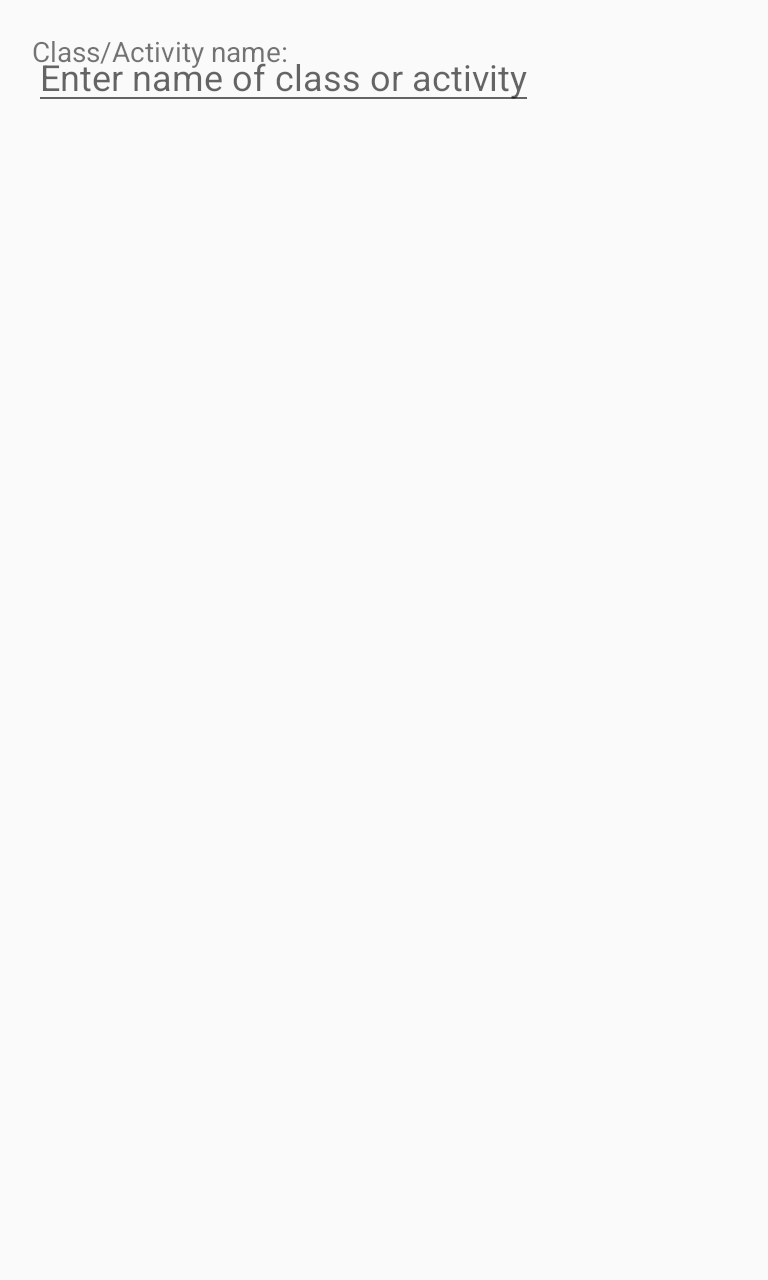
Repository: recursor94/hackathonspring2014
Layout: StudentPlanner/res/layout/fragment_new_endeavor.xml
The author's editor kept a copy of each file at every save. The layout is drawn from the files as they stood at one save, then again after the next save.
It is drawn on a 768 x 1280 px phone screen (xhdpi) without system bars, with theme AppTheme; the app's code is not run.

Above is the layout before, as saved 2014-04-05 05:52:45.

### StudentPlanner/res/layout/fragment_new_endeavor.xml
<RelativeLayout xmlns:android="http://schemas.android.com/apk/res/android"
    xmlns:tools="http://schemas.android.com/tools"
    android:layout_width="match_parent"
    android:layout_height="match_parent"
    android:paddingBottom="@dimen/activity_vertical_margin"
    android:paddingLeft="@dimen/activity_horizontal_margin"
    android:paddingRight="@dimen/activity_horizontal_margin"
    android:paddingTop="@dimen/activity_vertical_margin"
    tools:context="com.example.studentplanner.NewEndeavorActivity$PlaceholderFragment"
    android:orientation="vertical"
    >

    <TextView
        android:id="@+id/nameField"
        android:layout_width="wrap_content"
        android:layout_height="wrap_content"
        android:text="@string/nameField"
        android:layout_alignParentLeft="true"
        android:layout_alignParentTop="true" />
    <EditText
        android:id="@+id/nameEntry"
        android:hint="@string/nameEntry"
        android:layout_width="wrap_content"
        android:layout_height="wrap_content"
        android:layout_toRightOf="@id/nameField"
        android:layout_alignParentLeft="true"
        android:alignParentTop="true"/>
</RelativeLayout>

### StudentPlanner/res/values/strings.xml
<?xml version="1.0" encoding="utf-8"?>
<resources>

    <string name="app_name">Get It Done</string>
    <string name="action_settings">Settings</string>
    <string name="action_new">New Activity</string>
    <string name="action_search">Search</string>
    <string name="title_activity_new_endeavor">NewEndeavorActivity</string>
    <string name="nameField">Class/Activity name:</string>
    <string name="nameEntry">Enter name of class or activity</string>
</resources>

Loaded but not shown: StudentPlanner/res/values/styles.xml (common file); StudentPlanner/res/values-v11/styles.xml (common file); StudentPlanner/res/values-v14/styles.xml (common file); StudentPlanner/res/values/dimens.xml (common file); StudentPlanner/res/values-w820dp/dimens.xml (common file)

After the next save:
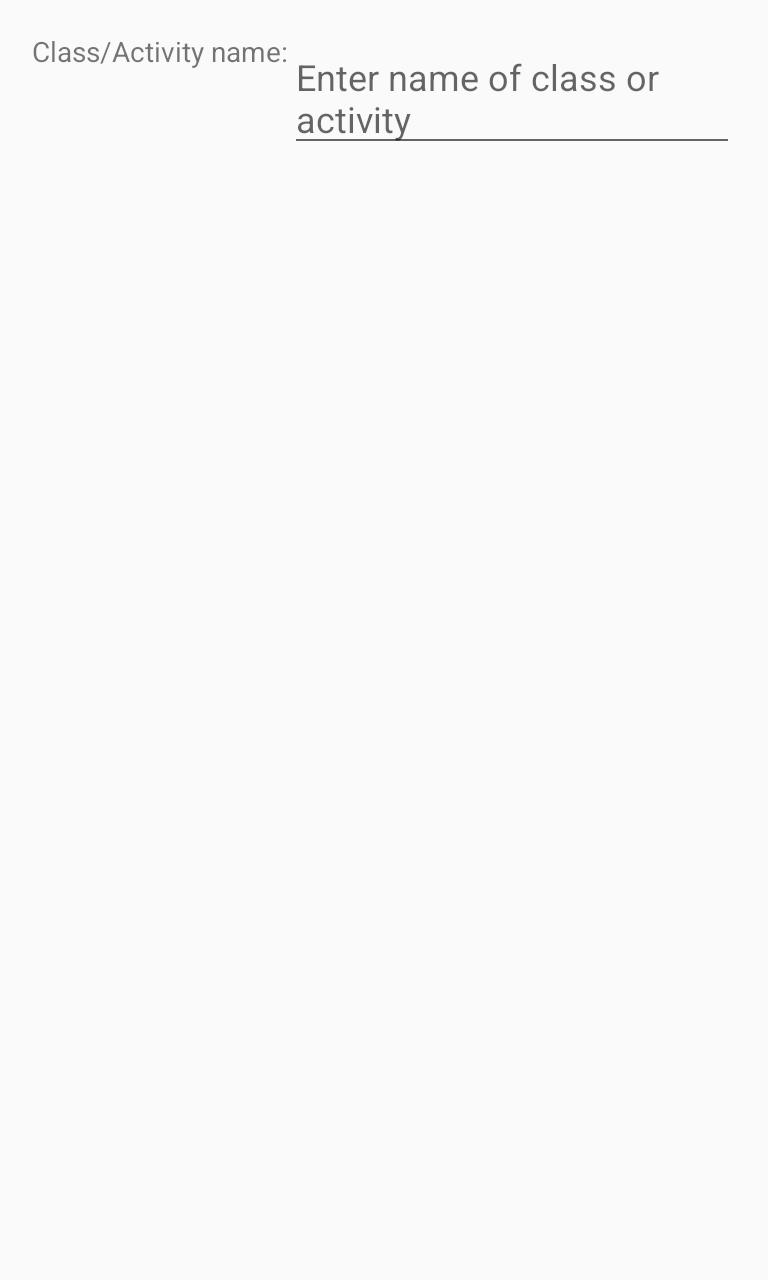
Saved 19 s later.
--- a/StudentPlanner/res/layout/fragment_new_endeavor.xml
+++ b/StudentPlanner/res/layout/fragment_new_endeavor.xml
@@ -23,6 +23,5 @@
         android:layout_width="wrap_content"
         android:layout_height="wrap_content"
         android:layout_toRightOf="@id/nameField"
-        android:layout_alignParentLeft="true"
         android:alignParentTop="true"/>
 </RelativeLayout>
